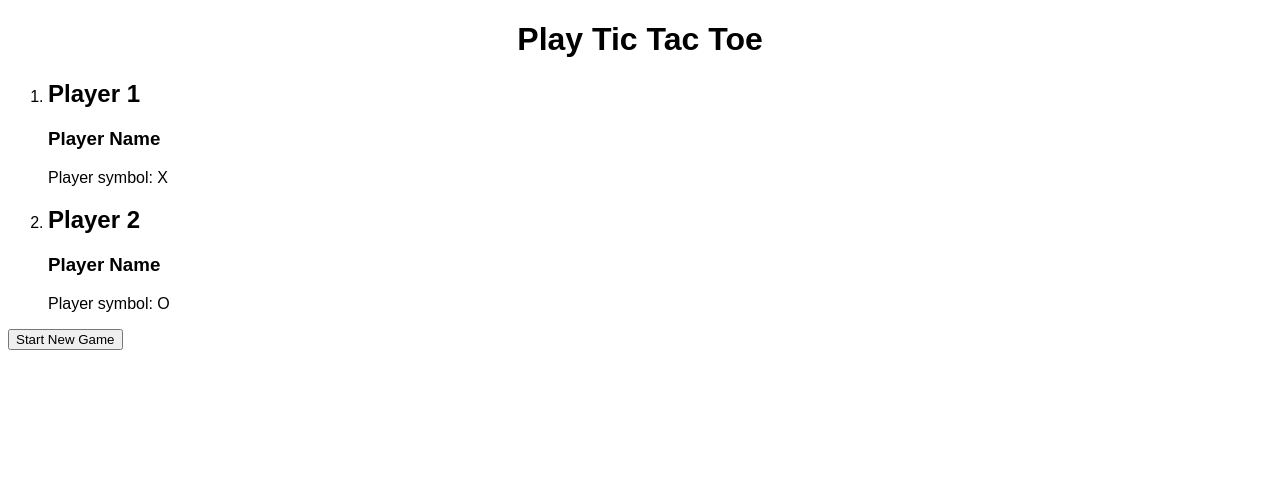
Repository: Harjot00/Wevdev
Page: Tic tac toe/index.html
The author's editor kept a copy of each file at every save. The page is drawn from the files as they stood at one save, then again after the next save.
The browser window is 1280 px wide. The pictures show the whole page.
Some web fonts or font styles are not loaded; a fallback is used.

Above is the page before, as saved 2022-05-16 01:54:34.

After the next save:
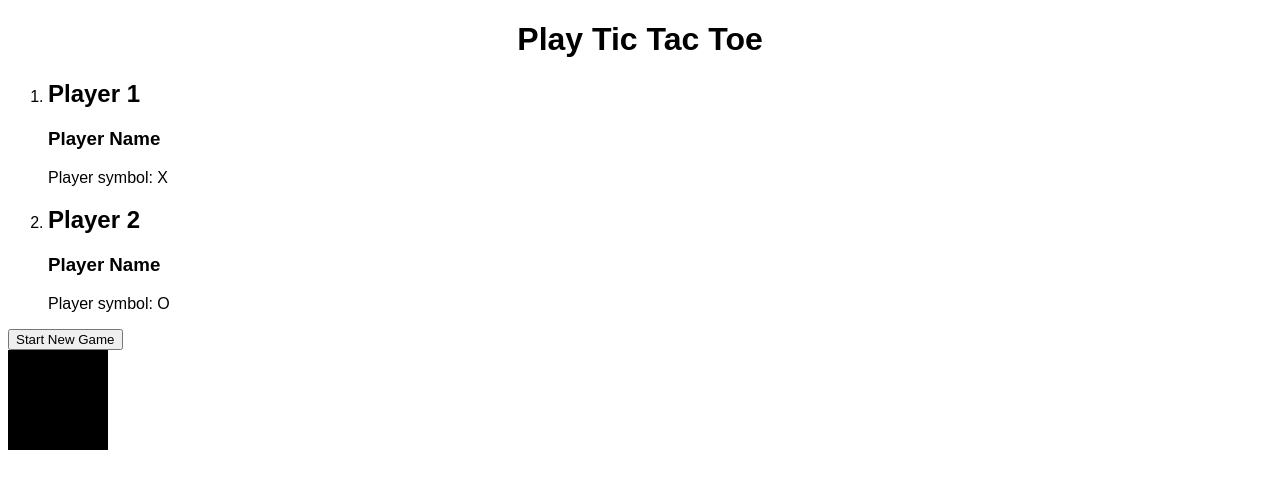
Saved 18 s later.
--- a/Tic tac toe/styles.css
+++ b/Tic tac toe/styles.css
@@ -11,4 +11,6 @@ main{
 
 .circle{
     background-color: black;
+    width:100px;
+    height:100px;
 }
